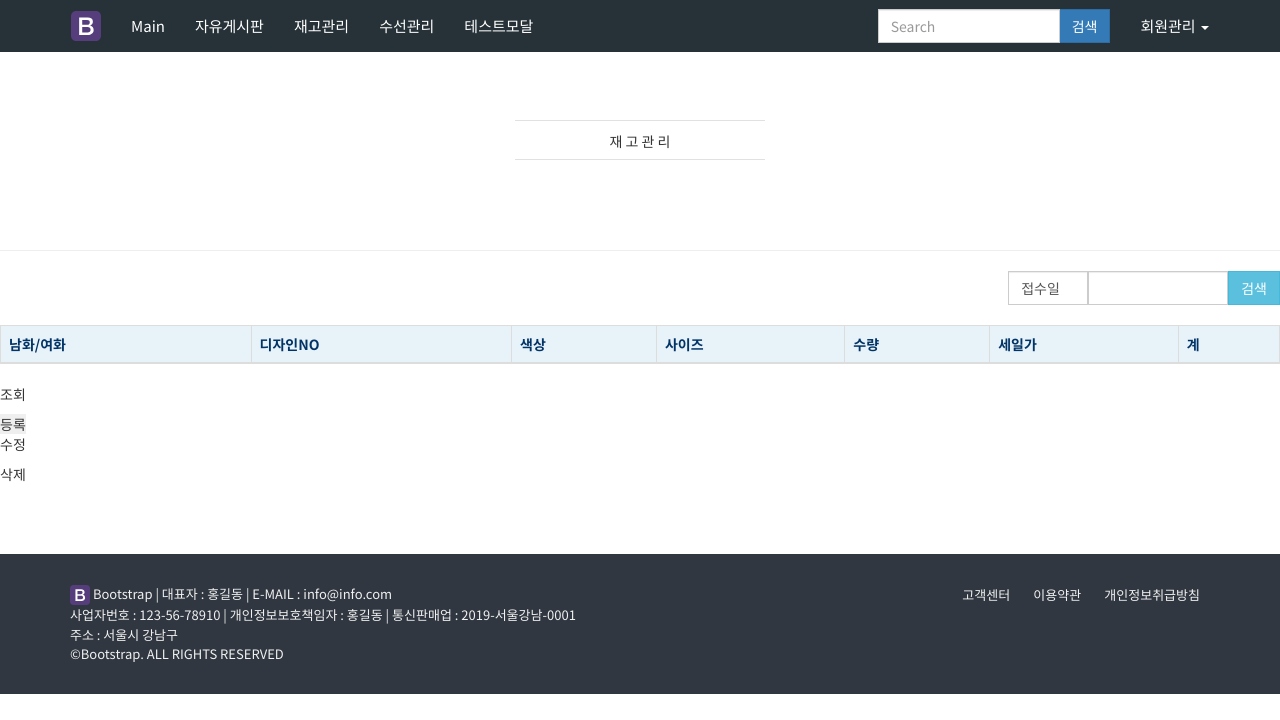
Repository: RattenLegs/Project_Inventory
Page: http://localhost/Project_Inventory/WEB-INF/views/inventoryboard/inventoryList.jsp
An editor plug-in stored every save of this project. The page is shown before and after the next save, followed by the edit.
The browser window is 1280 px wide. The pictures show the whole page.
Some web libraries are served in a nearby version. The page is served by Tomcat 9. Nobody is signed in. Other server files are loaded and not shown. The template is opened directly, without the code that normally fills it, so the values that code supplies are empty.

Above is the page before, as saved 2023-02-12 14:34:21.

### Project_Inventory/src/main/webapp/WEB-INF/views/inventoryboard/inventoryList.jsp
<%@ page language="java" contentType="text/html; charset=UTF-8"
	pageEncoding="UTF-8"%>
<!DOCTYPE html>
<html>
<head>
<meta charset="UTF-8">

<title>재고관리 시스템입니다.</title>
<%@ include file="../../views/include/header.jsp"%>
<link
	href="${pageContext.request.contextPath}/resources/modal/modal.css"
	rel="stylesheet">
</head>

<body>
	<section>
		<div class="container-fluid">
			<div class="row">
				<!--lg에서 9그리드, xs에서 전체그리드-->
				<div class="col-lg-9 col-xs-12 board-table">
					<div class="titlebox">
						<p>재 고 관 리</p>
					</div>
				</div>
			</div>
		</div>
		<hr>
		<%@ include file="../../views/repairboard/repairSearchForm.jsp"%>
		<div>
			<table class="table table-bordered">
				<thead>
					<tr>
						<th>남화/여화</th>
						<th>디자인NO</th>
						<th>색상</th>
						<th>사이즈</th>
						<th>수량</th>
						<th>세일가</th>
						<th>계</th>
					</tr>
				</thead>

				<tbody>
				</tbody>

				<tfoot>
				</tfoot>

			</table>
		</div>

		<div>
			<p>조회</p>
			<button id="modalOpen">등록</button>
			<p>수정</p>
			<p>삭제</p>
		</div>

		<%@ include file="../../views/inventoryboard/inventoryModalForm.jsp"%>
	</section>
	<%@ include file="../../views/include/footer.jsp"%>
</body>
<script
	src="${pageContext.request.contextPath}/resources/modal/modal.js"></script>
</html>

### Project_Inventory/src/main/webapp/WEB-INF/views/include/header.jsp
<%@ page language="java" contentType="text/html; charset=UTF-8"
	pageEncoding="UTF-8"%>
<%@ taglib uri="http://java.sun.com/jsp/jstl/core" prefix="c"%>

<!DOCTYPE html>
<html>
<head>

<meta charset="utf-8">
<meta http-equiv="X-UA-Compatible" content="IE=edge">
<meta name="viewport" content="width=device-width, initial-scale=1">

<!--
		${pageContext.request.contextPath} == <c:url value='' />
	 -->

<link
	href="${pageContext.request.contextPath}/resources/css/bootstrap.css"
	rel="stylesheet">
<script
	src="https://ajax.googleapis.com/ajax/libs/jquery/1.11.2/jquery.min.js"></script>
<!--개인 디자인 추가-->
<link href="${pageContext.request.contextPath}/resources/css/style.css"
	rel="stylesheet">
<script
	src="${pageContext.request.contextPath}/resources/js/bootstrap.js"></script>
</head>


<body>
	<header>
		<div class="container-fluid">
			<div class="row">
				<div class="container">
					<div class="navbar">
						<div class="navbar-header">
							<!--data-toggle 같은 것들은 내부적으로 지원하는 반응형 API기능이므로 지우면 안됩니다-->
							<button type="button" class="navbar-toggle"
								data-toggle="collapse" data-target="#myNavbar">
								<span class="icon-bar"></span> <span class="icon-bar"></span> <span
									class="icon-bar"></span>
							</button>
							<a class="navbar-brand" href="#"><img width="30"
								src="${pageContext.request.contextPath }/resources/img/logo.svg"
								alt="Brand"></a>
						</div>


						<div class="collapse navbar-collapse" id="myNavbar">
							<ul class="nav navbar-nav">
								<li class="active"><a href="<c:url value='/' />">Main</a></li>
								<li><a href="<c:url value='/freeboard/freeList' />">자유게시판</a></li>
								<li><a
									href="<c:url value='/inventoryboard/inventoryList' />">재고관리</a></li>
								<li><a href="<c:url value='/repairboard/repairList' />">수선관리</a></li>
								<li><a href="<c:url value='/testModal/testModalMain' />">테스트모달</a></li>
								<!--
				<li><a href="#">강의</a></li>
                                <li><a href="#">Form</a></li>
                                <li><a href="#">Board</a></li>
 				-->

							</ul>
							<ul class="nav navbar-nav navbar-right">
								<li class="dropdown"><a class="dropdown-toggle"
									data-toggle="dropdown" href="#">회원관리 <span class="caret"></span></a>
									<ul class="dropdown-menu">
										<li><a href="<c:url value='/user/userLogin' />"><span
												class="glyphicon glyphicon-log-in"></span>Login</a></li>
										<li><a href="<c:url value='/user/userJoin' />"><span
												class="glyphicon glyphicon-user"></span></a></li>
										<!--                                         <li><a href="#"><span class="glyphicon glyphicon-user"></span>MyPage</a></li> -->
										<li><a href="#"><span
												class="glyphicon glyphicon-log-out"></span>Logout</a></li>
									</ul></li>
							</ul>

							<form class="navbar-form navbar-right" action="">
								<div class="input-group">
									<input type="text" class="form-control" placeholder="Search">
									<div class="input-group-btn">

										<button class="btn btn-primary" type="submit">검색</button>
									</div>
								</div>
							</form>
						</div>
					</div>
				</div>
			</div>
		</div>
	</header>

### Project_Inventory/src/main/webapp/WEB-INF/views/repairboard/repairSearchForm.jsp
<%@ page language="java" contentType="text/html; charset=UTF-8"
    pageEncoding="UTF-8"%>


		<!-- form을 가져온다 -->
		<form action="<c:url value='/repairboard/repairList' />">
			<div class="search-wrap">
				<button type="submit" class="btn btn-info search-btn">검색</button>
				<input type="text" name="keyword" class="form-control search-input"
					value="${pc.paging.keyword}"> <select
					class="form-control search-select" name="condition">
					<option value="title"
						${pc.paging.condition == 'title' ? 'selected' : ''}>접수일</option>
					<option value="content"
						${pc.paging.condition == 'content' ? 'selected' : ''}>이름</option>
					<option value="writer"
						${pc.paging.condition == 'writer' ? 'selected' : ''}>연락처</option>
					<option value="titleContent"
						${pc.paging.condition == 'titleContent' ? 'selected' : ''}>디자인</option>
					<option value="titleContent"
						${pc.paging.condition == 'titleContent' ? 'selected' : ''}>내용</option>
					<option value="titleContent"
						${pc.paging.condition == 'titleContent' ? 'selected' : ''}>약속일</option>
					<option value="titleContent"
						${pc.paging.condition == 'titleContent' ? 'selected' : ''}>매장재고일</option>
					<option value="titleContent"
						${pc.paging.condition == 'titleContent' ? 'selected' : ''}>납품일</option>
				</select>
			</div>
		</form>

### Project_Inventory/src/main/webapp/WEB-INF/views/inventoryboard/inventoryModalForm.jsp
<%@ page language="java" contentType="text/html; charset=UTF-8"
    pageEncoding="UTF-8"%>


		<div class="background">
			<div class="window">
				<div class="modalyes">
					<form action="/inventoryboard/addInventoryCheck" method="post">
						<fieldset>
							<legend>등록 양식</legend>
							<p>
								<input type="checkbox" name="shoeGender" value="남화"> 남화
								&nbsp; <input type="checkbox" name="shoeGender" value="여화">
								여화 &nbsp; <br> # 디자인NO <input type="text" name="design"
									size="10"> <br> # 색상 <input type="text"
									name="color" size="10"> <br> # 사이즈 <input
									type="text" name="size" size="10"> <br> # 수량 <input
									type="text" name="num" size="10"> <br> # 세일가 <input
									type="text" name="price" size="10"> <br> # 계 <input
									type="text" name="sum" size="10"> <br> <input
									type="submit" value="확인">
							</p>
						</fieldset>

					</form>

					<button id="modalClose">모달 닫기</button>
				</div>
			</div>
		</div>

### Project_Inventory/src/main/webapp/WEB-INF/views/include/footer.jsp
<%@ page language="java" contentType="text/html; charset=UTF-8"
    pageEncoding="UTF-8"%>
    <footer>
        <div class="container">
            <div class="row">
                <div class="col-md-7 col-sm-12">
                    <div class="copyright">
                        <a href="">
                            <img width="20" src="${pageContext.request.contextPath }/resources/img/logo.svg" alt="Brand">
                        </a>
                        Bootstrap | 대표자 : 홍길동 | E-MAIL : info&#64;info.com<br>
                        사업자번호 : 123-56-78910 | 개인정보보호책임자 : 홍길동 | 통신판매업 : 2019-서울강남-0001<br>
                        주소 : 서울시 강남구
                        <address>&copy;Bootstrap. ALL RIGHTS RESERVED</address>
                    </div>
                </div>
                <div class="col-md-5 col-sm-12 text-right">
                    <ul class="footer-menu">
                        <li><a href="#">고객센터</a></li>
                        <li><a href="#">이용약관</a></li>
                        <li><a href="#">개인정보취급방침</a></li>
                    </ul>
                </div>
            </div>
        </div>
    </footer>
    <!-- //footer -->

### Project_Inventory/src/main/webapp/resources/css/style.css
/*=========웹폰트 선언=========*/
@import
	url('https://fonts.googleapis.com/css?family=Noto+Sans+KR&display=swap')
	;
/*===========================*/

/*디자인 시작시 기본 선언*/
* { /* 기본선언: 마딩, 패딩 0, 요소크기에 padding, border값을 포함 x*/
	padding: 0;
	margin: 0;
	box-sizing: border-box;
}

body, html {
	width: 100%;
	min-width: 320px;
	font-family: 'Noto Sans KR', sans-serif; /*웹폰트 사용*/
}

img {
	max-width: 100%; /*사이즈가 변해도 넓이를 유지 */
	height: auto; /*사이즈가 변해도 높이를 유지 */
	/*vertical-align: top;*/
}

input, textarea, button, select {
	/*고유하게 적용되어있는 form관련 요소들을 제거해서 여러브라우저에서 동일한디자인을 얻게함*/
	-webkit-appearance: none;
	-moz-appearance: none;
	appearance: none;
	border: none
}

ul, ol, dl, li {
	list-style: none /*순서 요소들이 리스트스타일을 업앤다 */
}

.btn {
	border-radius: 0px;
}

/*=========헤더=========*/
.carousel-control.right, .carousel-control.left {
	background-image: linear-gradient(to right, rgba(0, 0, 0, .0001) 0%,
		rgba(0, 0, 0, 0) 100%)
}
header {
	position: fixed;
	left: 0;
	top: 0;
	width: 100%;
	z-index: 50; /*position을 이용하면 요소가 겹쳐질 수 있다. 숫자가 제일 높은값이 위로 떠오른다*/
}
header {
	background: #263238;
}

section {
	margin-top: 50px;
}

/*header 의 모든 컨테이너 클래스에 적용함 */
header .container {
	padding: 0;
}
/*navbar의 margin: 0으로 */
.navbar {
	margin-bottom: 0px;
}
/*이미지 위치 조정 */
.navbar-brand {
	padding: 10px 15px;
}
/*nav의 a변경*/
.nav>li>a {
	font-size: 15px;
	color: white;
}
/*na의 a 호버시 기능 변경 */
.nav>li>a:hover, .nav>li>a:focus {
	background-color: #304047;
}

/* 토글메뉴 윤곽색 변경 */
.navbar-toggle {
	border-color: white;
}

.navbar-toggle>.icon-bar {
	background-color: white;
}
/*개발자도구에서 확인후 색깔변경*/
.nav .open>a:focus {
	background-color: #304047;
}
/*부트스트랩의 드롭다운시 a태그 색상변경  */
.dropdown-menu>li>a {
	color: #f5f5f5;
}
/*======슬라이더=======*/
.slide-list {
	padding: 0;
}
/* ===================================
    Footer style
====================================== */
footer {
	margin-top: 70px;
	background-color: #303740;
	padding: 30px 0;
}

footer .copyright {
	font-size: 13px;
	line-height: 20px;
	color: #f1f1f1;
}

footer .copyright address {
	margin-bottom: 0;
}

footer .footer-menu li {
	display: inline-block;
	padding: 0 10px;
}

footer .footer-menu li a {
	display: block;
	color: #f1f1f1;
	font-size: 13px;
}

/*===========본문=========== */
/*섹션전체에 패딩 추가*/
section {
	/*위 60px 나머지 0 */

}

.prod-list, .prod-link {
	border: 1px solid #ddd; /*윤곽 1, 한줄, 색상 */
	display: block; /* 블락요소로 변경 반드시 필요 */
	text-align: center; /*이미지 가운데 정렬*/
	/* position: relative;*/
}
/*기본 부트설정은 좌우 15px임 -> col에 대해 전부 5px로 바꿔버린다*/
.prod-list, .prod-list>li[class*="col-"] {
	padding: 5px;
}

/*호버기능 추가*/
.prod-link:hover {
	border-color: #4285F4;
}

.prod-link>.arrow {
	display: block; /*span은 인라인 요소입니다 인라인요소는 position속성을 사용할수 없습니다*/
	position: absolute;
	/*원래 위치에서 따로 띠어내어 부모위치로 조정한다 width, heigth를 필수로 지정해야한다*/
	left: 15px; /*좌우 위치조정 left, right 중 한개만쓴다*/
	bottom: 15px; /*위아래 위치조정 top, bottom 중한개만 쓴다 */
	width: 36px; /* 넓이값 조정 */
	height: 36px; /* 높이값 조정*/
	line-height: 36px; /*텍스트가 위치에 맞게 높이와 동일하게 설정 */
	background-color: #ccc;
	color: #fff;
	opacity: 1; /*투명도*/
}
/* .hover클래스의 넓이 색상 투명도*/
.prod-link>.hover {
	width: 100px;
	background-color: #4285F4;
	opacity: 0;
}
/*link호버시 arrow클래스를 투명도 0*/
.prod-link:hover>.arrow {
	opacity: 0;
}
/*link호버시 hover클래스를 투명도 1*/
.prod-link:hover>.hover {
	opacity: 1;
}

/*========회원가입 폼 디자인=========*/
/*제목박스(계속사용) */
.titlebox {
	width: 250px;
	text-align: center;
	height: 40px;
	line-height: 40px;
	margin: 70px auto;
	border-top: 1px solid #E1E1E1;
	border-bottom: 1px solid #E1E1E1;
}

.join-form {
	margin: 0 auto;
	/*가운대 정렬방법 하지만 적용되지 않는다. 이유는 col클래스들이 float:left를 들고 있기 때문*/
	float: none; /*플롯을 해제한다. 가운대정렬이 들어간다*/
}
/*조인폼클래스의 form태그의 접근 */
.join-form form {
	border-radius: 8px; /*윤곽 8*/
	padding: 15px; /*모든 패딩 15*/
	/*박스 쉐도우: 그림자가 가로로떨어진간격, 세로로떨어진 간격, 흐릿정도, 그림자색상*/
	box-shadow: 0px 8px 16px rgba(0, 0, 0, 0.15)
}

.input-group-addon {
	padding: 0;
	border: none; /*윤곽 모두 0*/
	border-radius: 0;
}
/*폼컨트롤, 인풋그룹 내부에 모든 버튼 라디우스 0 */
.form-control, .form-group .btn {
	border-radius: 0;
}
/*포커스시 윤곽 색 변경*/
.form-control:focus {
	border-color: #555;
}
/* 핸드폰폼 디자인 */
.input-group .phone1 {
	width: 33.3333%;
}

.input-group .phone2 {
	width: 66.6666%;
}
/*이메일폼 디자인 */
.email-form {
	box-sizing: border-box;
	overflow: hidden;
}

.email-form input {
	width: 33.33%;
	float: left;
}

.email-form select {
	width: 66.66%;
	float: left;
}
/*=========로그인 디자인==========*/
.login-form {
	margin: 0 auto;
	float: none;
}

.login-form form {
	border-radius: 8px; /*윤곽 8*/
	padding: 70px 120px; /*위아래, 좌우*/
	/*박스 쉐도우: 그림자가 가로로떨어진간격, 세로로떨어진 간격, 흐릿정도, 그림자색상*/
	box-shadow: 0px 8px 16px rgba(0, 0, 0, 0.15);
	margin-bottom: 174px; /*화면에 딱맞게 밀어준다*/
}

/*========회원정보 디자인=========*/
.m-control .m-title {
	min-width: 100px; /*화면줄었을때 최소크기*/
	vertical-align: middle; /*가운대 정렬*/
}

.m-control .form-control {
	width: 200px;
	display: inline; /*인라인요소로 변경한다*/
}
/*개발자 도구에서 input-sm의 정렬을 푼다*/
.m-control .input-sm {
	height: auto;
	line-height: normal;
}
/*sel의 크기만 지정*/
.m-control  .sel {
	width: 80px;
}

.m-control .add {
	width: 400px;
}

.titlefoot {
	text-align: center; /*인라인의 텍스트정렬 가운데*/
	margin: 30px auto; /*박스의 가운데정렬*/
	width: 50%; /*크기 50%*/
}

/*==========자게 디자인==========*/
.titlebox {
	width: 250px;
	text-align: center;
	height: 40px;
	line-height: 40px;
	margin: 70px auto;
	border-top: 1px solid #E1E1E1;
	border-bottom: 1px solid #E1E1E1;
}
/*자게 그리드*/
.board-table {
	float: none; /*col의 플로팅 해제 */
	margin: 0 auto;
}
/*---검색버튼--- */
.search-wrap {
	overflow: hidden; /*부모요소에 히든 */
	margin-bottom: 20px;
}

.search-btn, .search-input, .search-select {
	float: right; /*우측 플로팅 */
}

.search-input {
	width: 140px;
}

.search-select {
	width: 80px;
}

/*제목에 클래스를 줘서 강제로 크기 고정*/
.board-title {
	width: 300px;
}
/*th의 순차적 접근 색상변경 */
.table-bordered>thead>tr>th {
	background-color: #E7F2F9;
	color: #003366;
}

/*테이블 안에 a태그에 순차적 접근 */
.table-bordered>tbody>tr>td>a, .table-bordered>tbody>tr>td>a:hover {
	color: black;
}

.pagination {
	margin: 0; /*페이지 네이션의 기본 마진 0*/
}

.text-center .btn {
	float: right; /*오른쪽으로 쌓아서 우측정렬 시킨다*/
	border: 0; /*border스타일 해제*/
	border-radius: 0; /*윤곽 0*/
	padding: 5px 10px; /*버튼 패딩을 페이지네이션과 맞춘다*/
}

/*==========자게 글쓰기==========*/
.titlebox {
	width: 250px;
	text-align: center;
	height: 40px;
	line-height: 40px;
	margin: 70px auto;
	border-top: 1px solid #E1E1E1;
	border-bottom: 1px solid #E1E1E1;
}

.t-control .t-title {
	width: 100px;
	min-width: 100px; /*화면줄었을때 최소크기*/
	vertical-align: middle; /*테이블에서 세로 가운대정렬*/
}

/*input 요소의 넓이만 선택*/
.t-control input {
	width: 200px;
	display: inline; /*인라인요소로 변경한다*/
}

/*개발자 도구에서 input-sm의 정렬을 푼다*/
.t-control .input-sm {
	height: auto;
	line-height: normal;
}
/*td의 아래만 밑줄*/
.t-control td {
	border-bottom: 1px solid #E1E1E1;
}

.titlefoot {
	text-align: center;
	margin: 30px auto; /*박스의 가운데정렬*/
	width: 50%; /*크기 50%*/
}
/*==========자게 상세보기==========*/
.write-wrap {
	margin: 0 auto;
	/*가운대 정렬방법 하지만 적용되지 않는다. 이유는 col클래스들이 float:left를 들고 있기 때문*/
	float: none; /*플롯을 해제한다. 가운대정렬이 들어간다*/
}
/*=======댓글========*/
.reply-wrap {
	background-color: #f5f5f5;
	padding: 15px;
	border: 1px solid #ddd;
	position: relative; /*부모에 relative*/
}

.reply-wrap .reply-image {
	position: absolute; /*자식에서 absolute로 부모요소 위치로 조정*/
	left: 15px;
	top: 15px;
}

.reply-wrap .reply-content {
	padding-left: 60px;
}
/*부트스트랩의 form-control 조정 */
.reply-content>.form-control {
	resize: vertical; /*세로로만 조정가능*/
	width: 100%; /*최대 100%*/
	min-height: 80px; /*최대 넓이*/
	margin-bottom: 10px;
}

.reply-input>.form-control {
	width: 200px;
	margin-bottom: 5px;
}

.reply-group {
	overflow: hidden;
}

.reply-input {
	float: left;
}

.reply-group .right {
	float: right;
}

/*댓글 영역*/
.reply-group small {
	margin-left: 10px;
	height: 20px;
	line-height: 20px;
}

.reply-group small, .reply-group strong {
	float: left;
}

.reply-group a {
	text-decoration: none;
	color: #777;
	float: right;
}
/*댓글창 포커스시 서서히 보이기 */
.reply-content textarea {
	height: 50px;
	transition: height .4s ease-in-out;
}

.reply-content textarea:focus {
	height: 150px;
}
/*==========토글탭 mypage==========*/
.tabs-style {
	background-color: #607D8B;
}
/*탭버튼 아래 마진 50*/
.tabs-style {
	margin-bottom: 50px;
}

.tabs-style>li {
	margin-bottom: 0;
}

.tabs-style li a {
	background-color: #607D8B;
	border: none;
	margin: 0;
	border-radius: 0px;
}

.tabs-style li.active a, .tabs-style li.active a:hover, .tabs-style li.active a:focus
	{
	border: none;
	background-color: #56707D;
	color: #fff;
}

.myInfo {
	margin: 0 auto;
	float: none;
}

.myInfo-inner {
	margin: 0;
	float: none;
}

/*==========mypage check==========*/
.infoCheck {
	margin: 0 auto;
	float: none;
}

.infoCheck-form ul {
	width: 270px;
	margin: 0 auto;
}

.infoCheck-form li {
	position: relative;
	padding-left: 95px;
}

.infoCheck-form li .lab {
	font-size: 20px;
	position: absolute;
	top: 0;
	left: 0;
}

.infoCheck-form input {
	width: 170px;
	margin: 0;
}

.infoCheck .alert {
	margin-bottom: 50px;
	border-radius: 0;
}

.infoCheck-btn {
	width: 270px;
	margin-top: 40px;
	margin: 0 auto;
}

.infoCheck-btn button {
	margin-top: 20px;
	padding: 5px 51.5px;
}

### Project_Inventory/src/main/webapp/resources/img/logo.svg
<svg xmlns="http://www.w3.org/2000/svg" viewBox="0 0 612 612" focusable="false" role="img">
  <title>Bootstrap</title>
  <path fill="#563D7C" d="M612 510c0 56.1-45.9 102-102 102H102C45.9 612 0 566.1 0 510V102C0 45.9 45.9 0 102 0h408c56.1 0 102 45.9 102 102v408z"/>
  <path fill="#FFF" d="M166.3 133h173.5c32 0 57.7 7.3 77 22s29 36.8 29 66.5c0 18-4.4 33.4-13.2 46.2-8.8 12.8-21.4 22.8-37.8 29.8v1c22 4.7 38.7 15.1 50 31.2 11.3 16.2 17 36.4 17 60.8 0 14-2.5 27.1-7.5 39.2-5 12.2-12.8 22.7-23.5 31.5s-24.3 15.8-41 21-36.5 7.8-59.5 7.8h-164V133zm62.5 149.5h102c15 0 27.5-4.2 37.5-12.8s15-20.8 15-36.8c0-18-4.5-30.7-13.5-38s-22-11-39-11h-102v98.6zm0 156.5h110.5c19 0 33.8-4.9 44.2-14.8 10.5-9.8 15.8-23.8 15.8-41.8 0-17.7-5.2-31.2-15.8-40.8s-25.2-14.2-44.2-14.2H228.8V439z"/>
</svg>

### Project_Inventory/src/main/webapp/resources/modal/modal.css
.background {
	position: fixed;
	top: 0;
	left: 0;
	width: 100%;
	height: 100vh;
	background-color: rgba(0, 0, 0, 0.3);
	z-index: 1000;
	/* 숨기기 */
	z-index: -1;
	opacity: 0;
}

.modalOpen {
	opacity: 1;
	z-index: 1000;
	transition: all .5s;
}

.window {
	position: relative;
	width: 100%;
	height: 100%;
}

.modalyes {
	position: absolute;
	top: 50%;
	left: 50%;
	transform: translate(-50%, -50%);
	background-color: #ffffff;
	box-shadow: 0 2px 7px rgba(0, 0, 0, 0.3);
	/* 임시 지정 */
	width: 50%;
	height: 50%;
	/* 초기에 약간 아래에 배치 */
	transform: translate(-50%, -40%);
}

.modalOpen .modalyes {
	transform: translate(-50%, -50%);
	transition: all .5s;
}

### Project_Inventory/src/main/webapp/resources/modal/modal.js
function modalOpen() {
		document.querySelector(".background").className = "background modalOpen";
	}

	function close() {
		document.querySelector(".background").className = "background";
	}

	document.querySelector("#modalOpen").addEventListener("click", modalOpen);
	document.querySelector("#modalClose").addEventListener("click", close);

Loaded but not shown: Project_Inventory/src/main/webapp/resources/css/bootstrap.css (library); Project_Inventory/src/main/webapp/resources/js/bootstrap.js (library)

After the next save:
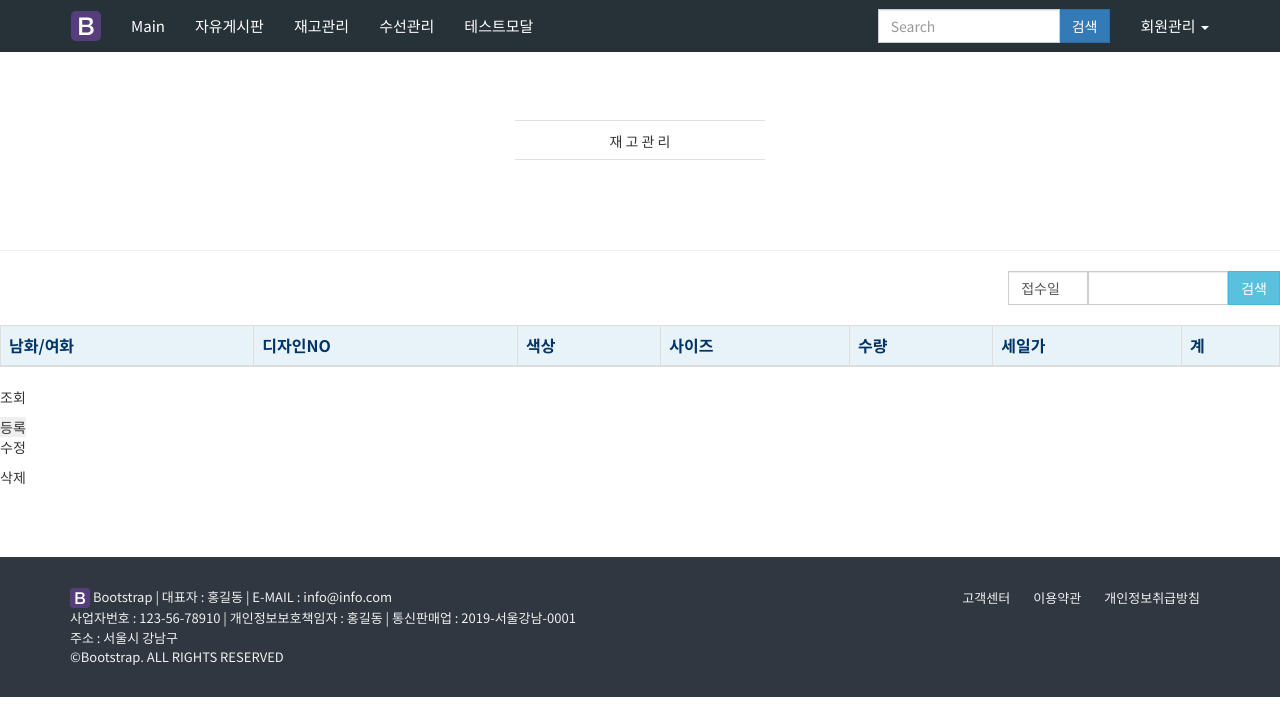
Saved 11 min 25 s later.
--- a/Project_Inventory/src/main/webapp/WEB-INF/views/inventoryboard/inventoryList.jsp
+++ b/Project_Inventory/src/main/webapp/WEB-INF/views/inventoryboard/inventoryList.jsp
@@ -1,18 +1,15 @@
 <%@ page language="java" contentType="text/html; charset=UTF-8"
 	pageEncoding="UTF-8"%>
-<!DOCTYPE html>
-<html>
-<head>
-<meta charset="UTF-8">
+	<%@ taglib uri="http://java.sun.com/jsp/jstl/core" prefix="c" %>
+<%@ taglib uri="http://java.sun.com/jsp/jstl/fmt" prefix="fmt" %>
 
 <title>재고관리 시스템입니다.</title>
 <%@ include file="../../views/include/header.jsp"%>
 <link
 	href="${pageContext.request.contextPath}/resources/modal/modal.css"
 	rel="stylesheet">
-</head>
 
-<body>
+
 	<section>
 		<div class="container-fluid">
 			<div class="row">
@@ -59,7 +56,7 @@
 		<%@ include file="../../views/inventoryboard/inventoryModalForm.jsp"%>
 	</section>
 	<%@ include file="../../views/include/footer.jsp"%>
-</body>
+
 <script
 	src="${pageContext.request.contextPath}/resources/modal/modal.js"></script>
 </html>

After the save that followed:
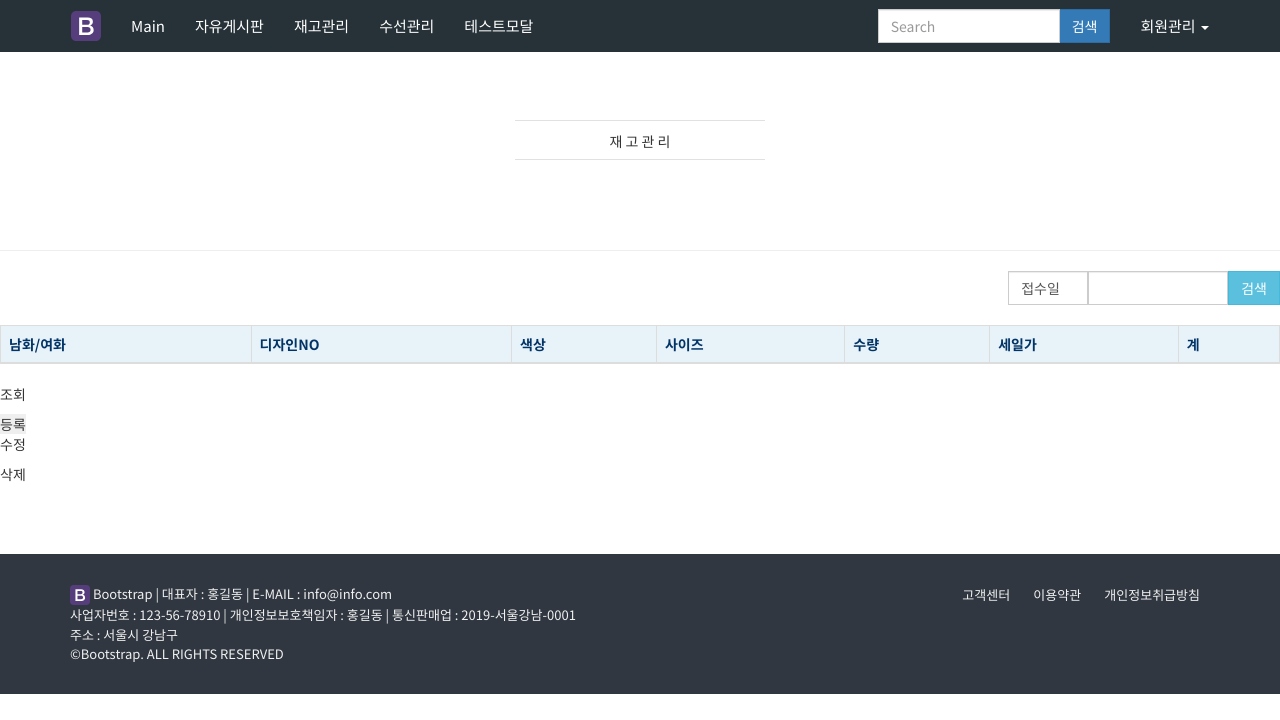
Saved 107 s later.
--- a/Project_Inventory/src/main/webapp/WEB-INF/views/inventoryboard/inventoryList.jsp
+++ b/Project_Inventory/src/main/webapp/WEB-INF/views/inventoryboard/inventoryList.jsp
@@ -2,14 +2,19 @@
 	pageEncoding="UTF-8"%>
 	<%@ taglib uri="http://java.sun.com/jsp/jstl/core" prefix="c" %>
 <%@ taglib uri="http://java.sun.com/jsp/jstl/fmt" prefix="fmt" %>
+<!DOCTYPE html>
+<html>
+<head>
+<meta charset="UTF-8">
+<%@ include file="../../views/include/header.jsp"%>
+<title>재고관리 시스템입니다.</title>
 
-<title>재고관리 시스템입니다.</title>
-<%@ include file="../../views/include/header.jsp"%>
 <link
 	href="${pageContext.request.contextPath}/resources/modal/modal.css"
 	rel="stylesheet">
+</head>
 
-
+<body>
 	<section>
 		<div class="container-fluid">
 			<div class="row">
@@ -56,7 +61,7 @@
 		<%@ include file="../../views/inventoryboard/inventoryModalForm.jsp"%>
 	</section>
 	<%@ include file="../../views/include/footer.jsp"%>
-
+</body>
 <script
 	src="${pageContext.request.contextPath}/resources/modal/modal.js"></script>
 </html>
